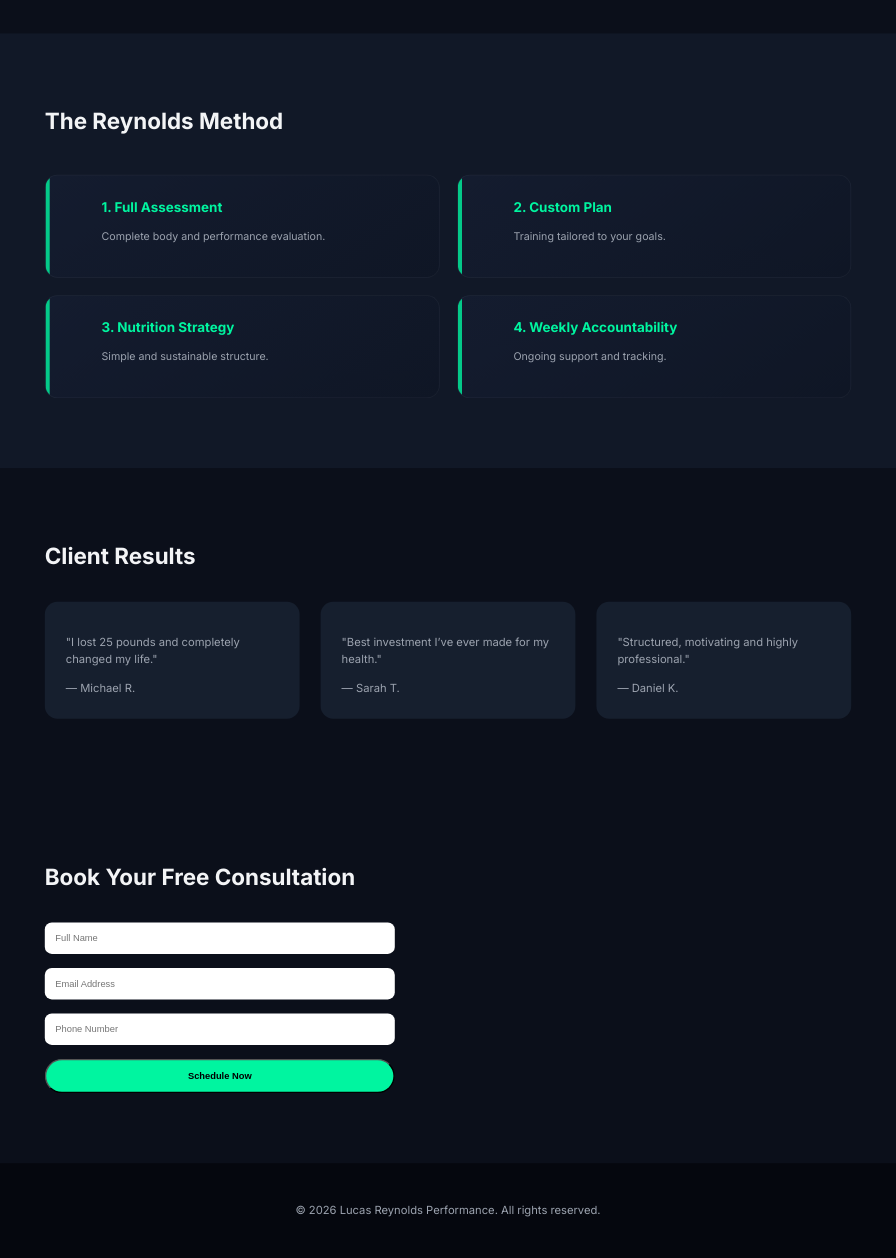
Repository: davidfsillva/Landing-page-pro
Page: index.html
An editor plug-in stored every save of this project. The page is shown before and after the next save, followed by the edit.
The browser window is 1280 px wide. The pictures show the part of the page from y = 1134 to 3054 px (the page is 2931 px tall before and 3275 px after), at 70% of full size.

Above is the page before, as saved 2026-02-25 19:00:44.

### index.html
<!DOCTYPE html>
<html lang="en">
<head>
    <!-- ================= BASIC META ================= -->
    <meta charset="UTF-8">
    <meta name="viewport" content="width=device-width, initial-scale=1.0, maximum-scale=5.0">
    <meta name="robots" content="index, follow">
    <link rel="canonical" href="https://www.davidperformance.com">

    <!-- ================= SEO ================= -->
    <title>David Performance | Elite Personal Trainer</title>
    <meta name="description" content="Elite personal training focused on fat loss, muscle building and peak performance. Customized programs, strategic nutrition and real accountability. Book your free fitness consultation today.">

    <!-- ================= OPEN GRAPH ================= -->
    <meta property="og:title" content="David Performance | Transform Your Body in 90 Days">
    <meta property="og:description" content="Personalized training programs with proven results. Limited spots available.">
    <meta property="og:type" content="website">
    <meta property="og:image" content="https://placehold.co/1200x630/0B1020/00FF99?text=DAVID+PERFORMANCE">
    <meta property="og:url" content="https://www.davidperformance.com">
    <meta name="twitter:card" content="summary_large_image">

    <!-- ================= FONTS ================= -->
    <link rel="preconnect" href="https://fonts.googleapis.com">
    <link href="https://fonts.googleapis.com/css2?family=Inter:wght@300;400;600;700;800&display=swap" rel="stylesheet">

    <!-- Icons -->
    <link rel="stylesheet" href="https://cdnjs.cloudflare.com/ajax/libs/font-awesome/6.0.0-beta3/css/all.min.css">

    <!-- CSS -->
    <link rel="stylesheet" href="style.css">

    <!-- ================= PIXEL / TRACKING ================= -->
    <!-- Add Meta Pixel or Google Tag Manager here -->
</head>

<body>

<header class="header">
  <div class="container header-flex">
      <div class="logo">LUCAS REYNOLDS</div>

      <button class="menu-toggle" id="menuToggle">☰</button>

      <nav class="nav" id="nav">
          <a href="#about">About</a>
          <a href="#method">Method</a>
          <a href="#results">Results</a>
      </nav>
  </div>
</header>

<main>

<!-- HERO -->
<section class="hero">
    <div class="hero-overlay"></div>

    <div class="container hero-grid">

        <div class="hero-content">
            <div class="hero-badge">
                Trusted by 320+ Clients
            </div>

            <h1>
                TRANSFORM YOUR BODY IN
                <span>90 DAYS</span>
                OR LESS
            </h1>

            <p>
                Elite personal coaching focused on fat loss, muscle growth and peak performance.
                No generic workouts. Just real strategy and real accountability.
            </p>

            <div class="hero-buttons">
                <a href="#contact" class="btn btn-primary">
                    Book Free Consultation
                </a>
            </div>

            <div class="hero-proof">
                <div>
                    <strong>320+</strong>
                    <small>Transformations</small>
                </div>

                <div>
                    <strong>8+ Years</strong>
                    <small>Experience</small>
                </div>
            </div>
        </div>

    </div>
</section>

<!-- ABOUT -->
<section id="about" class="section">
    <div class="container">
        <h2>Why Most People Fail</h2>

        <div class="grid-3">

            <div class="card">
                <h3>Generic Workouts</h3>
                <p>Programs not built for your body or goals.</p>
            </div>

            <div class="card">
                <h3>Poor Nutrition</h3>
                <p>No structured nutrition strategy to match your lifestyle.</p>
            </div>

            <div class="card">
                <h3>No Accountability</h3>
                <p>Without guidance, consistency becomes impossible.</p>
            </div>

        </div>
    </div>
</section>

<!-- METHOD -->
<section id="method" class="section section-dark">
    <div class="container">
        <h2>The Reynolds Method</h2>

        <div class="method-list">
            <div class="method-item">
                <strong>1. Full Assessment</strong>
                <p>Complete body and performance evaluation.</p>
            </div>

            <div class="method-item">
                <strong>2. Custom Plan</strong>
                <p>Training tailored to your goals.</p>
            </div>

            <div class="method-item">
                <strong>3. Nutrition Strategy</strong>
                <p>Simple and sustainable structure.</p>
            </div>

            <div class="method-item">
                <strong>4. Weekly Accountability</strong>
                <p>Ongoing support and tracking.</p>
            </div>
        </div>
    </div>
</section>

<!-- RESULTS -->
<section id="results" class="section">
    <div class="container">
        <h2>Client Results</h2>

        <div class="grid-3">

            <div class="testimonial">
                <p>"I lost 25 pounds and completely changed my life."</p>
                <span>— Michael R.</span>
            </div>

            <div class="testimonial">
                <p>"Best investment I’ve ever made for my health."</p>
                <span>— Sarah T.</span>
            </div>

            <div class="testimonial">
                <p>"Structured, motivating and highly professional."</p>
                <span>— Daniel K.</span>
            </div>

        </div>
    </div>
</section>

<!-- CONTACT -->
<section id="contact" class="section cta">
    <div class="container">
        <h2>Book Your Free Consultation</h2>

        <form class="form">
            <input type="text" placeholder="Full Name" required>
            <input type="email" placeholder="Email Address" required>
            <input type="tel" placeholder="Phone Number" required>

            <button type="submit" class="btn btn-primary">
                Schedule Now
            </button>
        </form>
    </div>
</section>

</main>

<footer class="footer">
    <div class="container">
        <p>© 2026 Lucas Reynolds Performance. All rights reserved.</p>
    </div>
</footer>

<script src="script.js"></script>
</body>
</html>

### style.css
* {
    margin: 0;
    padding: 0;
    box-sizing: border-box;
}

:root {
    --bg: #0B0F1A;
    --bg-dark: #111827;
    --card: #161F2E;

    --text: #F3F4F6;
    --muted: #9CA3AF;

    --accent: #00F5A0;

    --radius: 18px;
}

body {
    font-family: 'Inter', sans-serif;
    background: var(--bg);
    color: var(--muted);
    line-height: 1.6;
}

.container {
    width: 90%;
    max-width: 1200px;
    margin: auto;
}

.section {
    padding: 100px 0;
}

.section-dark {
    background: var(--bg-dark);
}

h1, h2, h3 {
    color: var(--text);
}

h1 {
    font-size: clamp(2.5rem, 5vw, 4rem);
    line-height: 1.1;
}

h1 span {
    color: var(--accent);
}

h2 {
    font-size: 2rem;
    margin-bottom: 40px;
}

p {
    margin: 15px 0;
}

.btn {
    display: inline-block;
    padding: 15px 35px;
    border-radius: 50px;
    font-weight: 600;
    text-decoration: none;
    transition: 0.3s ease;
}

.btn-primary {
    background: var(--accent);
    color: #000;
}

.btn-primary:hover {
    transform: translateY(-3px);
}

/* HEADER */
.header {
    position: fixed;
    width: 100%;
    background: rgba(11,15,26,0.9);
    backdrop-filter: blur(8px);
    padding: 20px 0;
    z-index: 1000;
}

.header-flex {
    display: flex;
    justify-content: space-between;
    align-items: center;
}

.logo {
    font-weight: 800;
    color: var(--accent);
}

.nav {
    display: flex;
    gap: 30px;
}

.nav a {
    color: var(--muted);
    text-decoration: none;
}

.nav a:hover {
    color: var(--accent);
}

.menu-toggle {
    display: none;
    background: none;
    border: none;
    color: var(--accent);
    font-size: 1.5rem;
}

/* HERO */
.hero {
    height: 100vh;
    display: flex;
    align-items: center;
    background: url('img/pexels-ardit-mbrati-216809103-18187618.jpg') center right/cover no-repeat;
    position: relative;
    padding-top: 80px;
}

.hero-overlay {
    position: absolute;
    inset: 0;
    background: linear-gradient(270deg, rgba(11, 15, 26, 0.116), rgb(11, 15, 26));
}

.hero-grid {
    position: relative;
}

.hero-content {
    max-width: 600px;
}

.hero-badge {
    background: rgba(0,245,160,0.1);
    color: var(--accent);
    padding: 8px 16px;
    border-radius: 50px;
    display: inline-block;
    margin-bottom: 20px;
}

.hero-proof {
    display: flex;
    gap: 40px;
    margin-top: 30px;
}

.hero-proof strong {
    color: var(--accent);
    font-size: 1.5rem;
    display: block;
}

/* ===============================
   METHOD SECTION IMPROVED
=================================*/

.method-list {
    display: grid;
    gap: 30px;
    margin-top: 50px;
}

.method-item {
    position: relative;
    background: linear-gradient(145deg, #141C2F, #0F1625);
    padding: 30px 35px 30px 80px;
    border-radius: 18px;
    border: 1px solid rgba(255,255,255,0.05);
    transition: 0.35s ease;
    overflow: hidden;
}

/* Linha lateral de destaque */
.method-item::before {
    content: "";
    position: absolute;
    left: 0;
    top: 0;
    height: 100%;
    width: 6px;
    background: var(--accent);
    opacity: 0.8;
}

/* Número grande no fundo */
.method-item::after {
    content: attr(data-step);
    position: absolute;
    right: 25px;
    top: 20px;
    font-size: 4rem;
    font-weight: 800;
    color: rgba(255,255,255,0.04);
}

/* Hover sofisticado */
.method-item:hover {
    transform: translateY(-8px);
    border-color: var(--accent);
    box-shadow: 0 20px 50px -15px rgba(0,245,160,0.25);
}

.method-item strong {
    display: block;
    font-size: 1.2rem;
    color: var(--text);
    margin-bottom: 10px;
}

.method-item p {
    font-size: 0.95rem;
    color: var(--muted);
    max-width: 500px;
}

/* Layout 2 colunas no desktop */
@media (min-width: 900px) {
    .method-list {
        grid-template-columns: repeat(2, 1fr);
    }
}

/* CARDS */
.grid-3 {
    display: grid;
    gap: 30px;
}

.card, .testimonial {
    background: var(--card);
    padding: 30px;
    border-radius: var(--radius);
}

.method-list {
    display: grid;
    gap: 25px;
}

.method-item strong {
    color: var(--accent);
}

/* FORM */
.form {
    display: grid;
    gap: 20px;
    max-width: 500px;
}

.form input {
    padding: 15px;
    border-radius: 10px;
    border: none;
}

/* FOOTER */
.footer {
    padding: 40px 0;
    text-align: center;
    background: #05070E;
}

/* RESPONSIVE */
@media (min-width: 768px) {
    .grid-3 {
        grid-template-columns: repeat(3, 1fr);
    }
}

@media (max-width: 768px) {
    .nav {
        display: none;
        flex-direction: column;
        background: var(--bg-dark);
        position: absolute;
        top: 70px;
        right: 0;
        padding: 20px;
    }

    .nav.active {
        display: flex;
    }

    .menu-toggle {
        display: block;
    }

    .hero-proof {
        flex-direction: column;
    }
}

### script.js
(function () {
  "use strict";

  /* =====================================================
     1. MENU RESPONSIVO COM ACESSIBILIDADE
  ===================================================== */
  const menuToggle = document.getElementById("menuToggle");
  const navMenu = document.getElementById("navMenu");

  if (menuToggle && navMenu) {
    menuToggle.addEventListener("click", () => {
      const isActive = navMenu.classList.toggle("active");

      // Atualiza aria-expanded para acessibilidade
      menuToggle.setAttribute("aria-expanded", isActive);

      // Impede scroll do body quando menu aberto
      document.body.style.overflow = isActive ? "hidden" : "auto";
    });

    // Fecha menu ao clicar em link
    document.querySelectorAll(".nav-menu a").forEach(link => {
      link.addEventListener("click", () => {
        navMenu.classList.remove("active");
        menuToggle.setAttribute("aria-expanded", "false");
        document.body.style.overflow = "auto";
      });
    });
  }

  /* =====================================================
     2. SCROLL SUAVE COM OFFSET DO HEADER
  ===================================================== */
  const header = document.querySelector("header");

  document.querySelectorAll('a[href^="#"]').forEach(anchor => {
    anchor.addEventListener("click", function (e) {
      const targetId = this.getAttribute("href");
      if (targetId === "#") return;

      const target = document.querySelector(targetId);
      if (!target) return;

      e.preventDefault();

      const headerHeight = header ? header.offsetHeight : 0;
      const elementPosition = target.getBoundingClientRect().top + window.scrollY;
      const offsetPosition = elementPosition - headerHeight - 10;

      window.scrollTo({
        top: offsetPosition,
        behavior: "smooth"
      });
    });
  });

  /* =====================================================
     3. REVEAL ON SCROLL (OTIMIZADO)
  ===================================================== */
  const reveals = document.querySelectorAll(".reveal");

  if ("IntersectionObserver" in window) {
    const revealObserver = new IntersectionObserver((entries, observer) => {
      entries.forEach(entry => {
        if (entry.isIntersecting) {
          entry.target.classList.add("active");
          observer.unobserve(entry.target);
        }
      });
    }, {
      threshold: 0.15,
      rootMargin: "0px 0px -40px 0px"
    });

    reveals.forEach(el => revealObserver.observe(el));
  } else {
    // Fallback simples
    reveals.forEach(el => el.classList.add("active"));
  }

  /* =====================================================
     4. CONTADOR ANIMADO
  ===================================================== */
  const counter = document.querySelector(".counter-number");

  if (counter) {
    const target = parseInt(counter.dataset.target, 10);
    let current = 0;
    const duration = 1500;
    const startTime = performance.now();

    const animateCounter = (timestamp) => {
      const progress = Math.min((timestamp - startTime) / duration, 1);
      current = Math.floor(progress * target);
      counter.textContent = current.toLocaleString("pt-BR");

      if (progress < 1) {
        requestAnimationFrame(animateCounter);
      } else {
        counter.textContent = target.toLocaleString("pt-BR");
      }
    };

    const counterObserver = new IntersectionObserver(entries => {
      if (entries[0].isIntersecting) {
        requestAnimationFrame(animateCounter);
        counterObserver.disconnect();
      }
    }, { threshold: 0.6 });

    counterObserver.observe(counter);
  }

  /* =====================================================
     5. VALIDAÇÃO AVANÇADA + REDIRECIONAMENTO WHATSAPP
  ===================================================== */
  const form = document.getElementById("leadForm");
  const feedback = document.getElementById("formFeedback");

  if (form && feedback) {
    form.addEventListener("submit", function (e) {
      e.preventDefault();

      const nome = document.getElementById("nome").value.trim();
      const email = document.getElementById("email").value.trim();
      const telefone = document.getElementById("telefone").value.trim();
      const telDigits = telefone.replace(/\D/g, "");

      // Reset visual
      feedback.style.color = "#ff4d4d";
      feedback.textContent = "";

      /* ===== Validações ===== */

      if (nome.length < 5 || !/\s/.test(nome)) {
        feedback.textContent = "Digite nome e sobrenome corretamente.";
        return;
      }

      const emailRegex = /^[^\s@]+@[^\s@]+\.[^\s@]+$/;
      if (!emailRegex.test(email)) {
        feedback.textContent = "Digite um e-mail válido.";
        return;
      }

      if (telDigits.length < 10 || telDigits.length > 11) {
        feedback.textContent = "WhatsApp inválido. Use DDD + número.";
        return;
      }

      /* ===== Sucesso ===== */
      feedback.style.color = "#00FF99";
      feedback.textContent = "Redirecionando para o WhatsApp...";

      /* ===== Disparo de Pixel ===== */

      // Meta Pixel
      if (typeof fbq === "function") {
        fbq("track", "Lead");
      }

      // Google Ads (exemplo)
      if (typeof gtag === "function") {
        gtag("event", "conversion", {
          event_category: "Lead",
          event_label: "Form Landing"
        });
      }

      /* ===== Redirecionamento WhatsApp ===== */

      const numeroPersonal = "5511999999999"; // ⚠️ ALTERE AQUI
      const mensagem = encodeURIComponent(
        `Olá! Me chamo ${nome}.\nQuero agendar minha avaliação gratuita.\nE-mail: ${email}`
      );

      setTimeout(() => {
        window.location.href = `https://wa.me/${numeroPersonal}?text=${mensagem}`;
      }, 1200);
    });
  }

})();

After the next save:
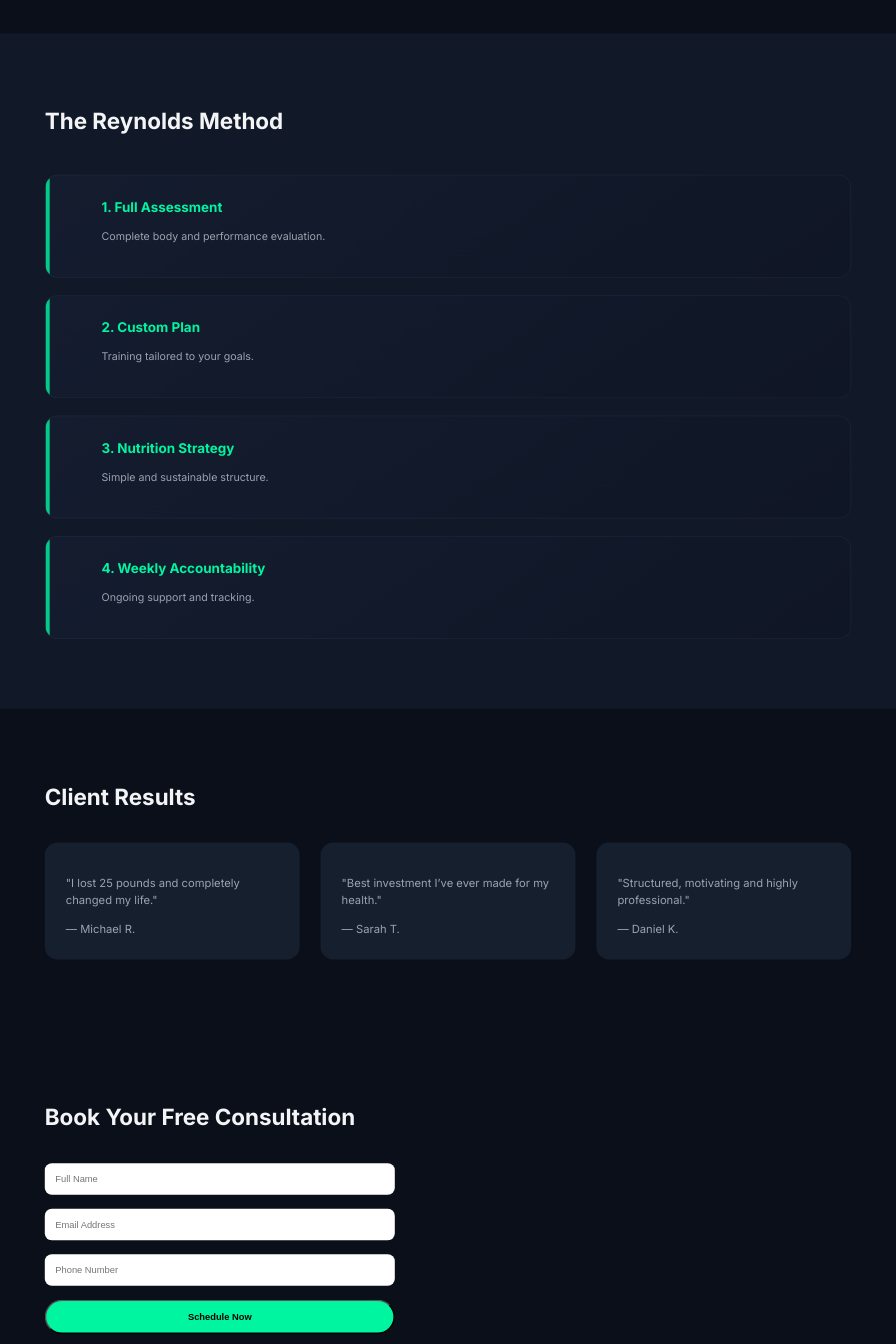
Saved 4 s later.
--- a/style.css
+++ b/style.css
@@ -229,12 +229,7 @@ p {
     max-width: 500px;
 }
 
-/* Layout 2 colunas no desktop */
-@media (min-width: 900px) {
-    .method-list {
-        grid-template-columns: repeat(2, 1fr);
-    }
-}
+
 
 /* CARDS */
 .grid-3 {
